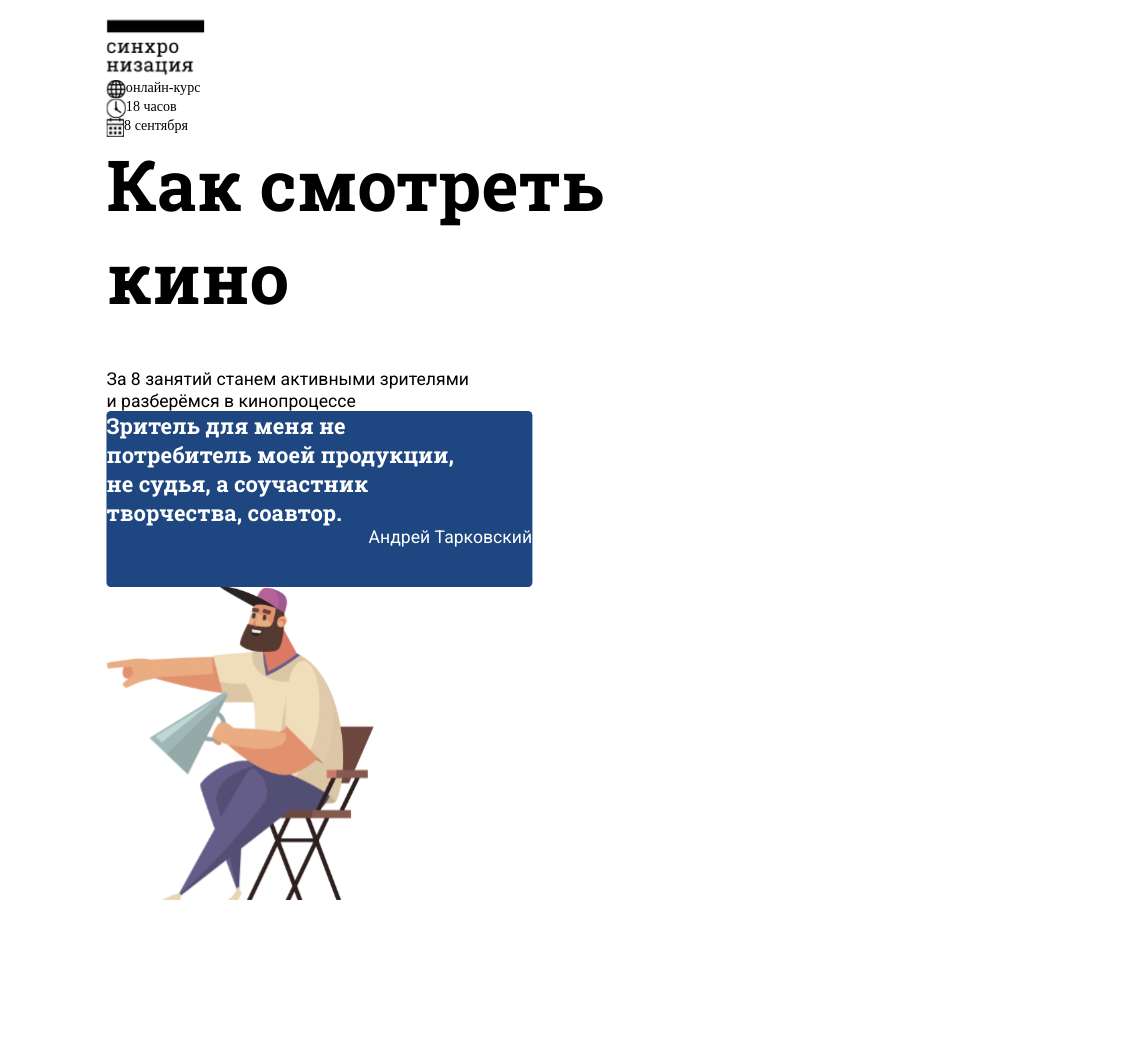
Repository: kubrazamanova/project1
Page: index.html
These files come from the project's save history. The page is drawn as it stood at one moment and after the next save; the edit follows.
The browser window is 1280 px wide. The pictures show the whole page, at 88% of full size.

Above is the page before, as saved 2023-09-09 12:45:25.

### index.html
<!DOCTYPE html>
<html lang="en">

<head>
  <meta charset="UTF-8" />
  <meta name="viewport" content="width=device-width, initial-scale=1.0" />
  <title>Document</title>
  <link rel="stylesheet" href="index.css" />
</head>

<body>
  <div class="container">
    <img class="logo-img" src="./images/logo_mobile_black 1 (1).svg" alt="">
<ul>
  <li>
<img src="./images/globe (1).svg" alt="">
<p>онлайн-курс</p>
  </li>
  <li>
    <img src="./images/img_135744 (1).svg" alt="">
    <p>18 часов </p>
  </li>
  <li>
    <img src="./images/calendar_2 (1).svg" alt="">
    <p>8 сентября</p>
  </li>
</ul>



    <div class="text-container">
      <h1>Как смотреть кино</h1>
      <p>За 8 занятий станем активными зрителями и разберёмся в кинопроцессе</p>
    </div>
    <div class="card-box">
      <div class="blue">
        <h1> Зритель для меня не потребитель моей продукции, не судья, а соучастник творчества, соавтор. </h1>
        <br>
        <h2>Андрей Тарковский</h2>
      </div>
    </div>
    <img src="./noroot 1.svg" alt="">
  </div>

</body>
</html>

### index.css
@import url("https://fonts.googleapis.com/css2?family=Roboto+Slab:wght@700&family=Roboto:wght@400;700&display=swap");
* {
  margin: 0;
  padding: 0;
  box-sizing: border-box;
}
.container {
    padding:  21px 246px 173px 121px;
}
.container .logo-img{
    width: 112px;
height: 66px;
}
/* .container ul{
    display: flex;
} */
.container ul li{
display: flex;
}
.text-container {
  /* padding: 248px 246px 174px 122px; */
}
.card-box {
  /* padding: 87px 0 173px 409px; */
}

.text-container h1 {
  margin-bottom: 51px;
  width: 628px;
  color: #000;
  font-family: Roboto Slab;
  font-size: 80px;
  font-style: normal;
  font-weight: 700;
}
.text-container p {
  width: 414px;
  color: #000;
  font-family: Roboto;
  font-size: 20px;
  font-style: normal;
  font-weight: 400;
}
 .img {
  width: 304px;
  height: 356px;
}
.blue {
  border-radius: 5px;
  background: #1e4681;
  width: 483.635px;
  height: 200px;
}

.blue h1 {
  width: 430.589px;
  height: 113px;
  color: #fff;
  font-family: Roboto Slab;
  font-size: 25px;
  font-style: normal;
  font-weight: 400;
}
.blue h2 {
  color: #fff;
  text-align: right;
  font-family: Roboto;
  font-size: 20px;
  font-style: normal;
  font-weight: 400;
}

After the next save:
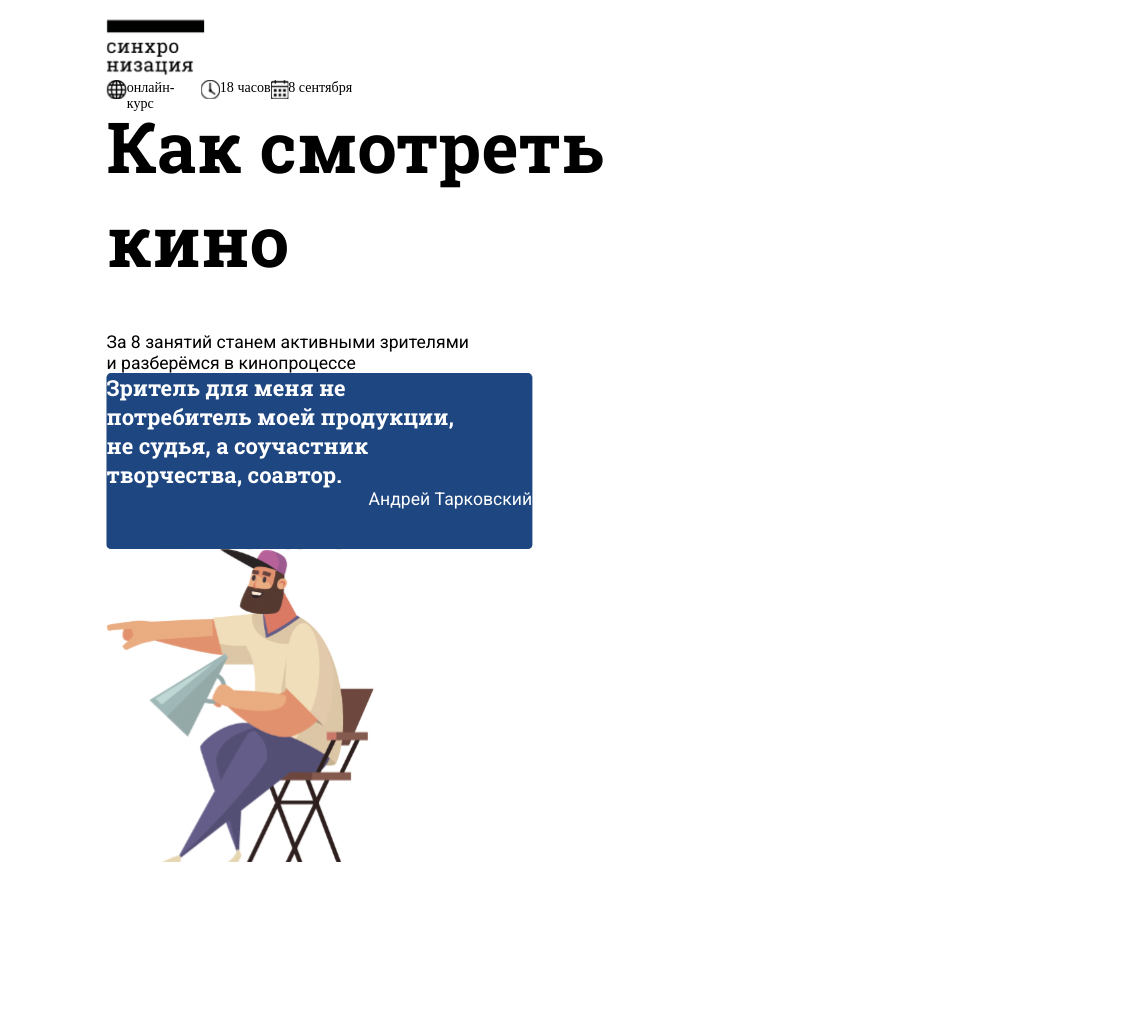
Saved 10 s later.
--- a/index.css
+++ b/index.css
@@ -11,9 +11,9 @@
     width: 112px;
 height: 66px;
 }
-/* .container ul{
+.container ul{
     display: flex;
-} */
+}
 .container ul li{
 display: flex;
 }
